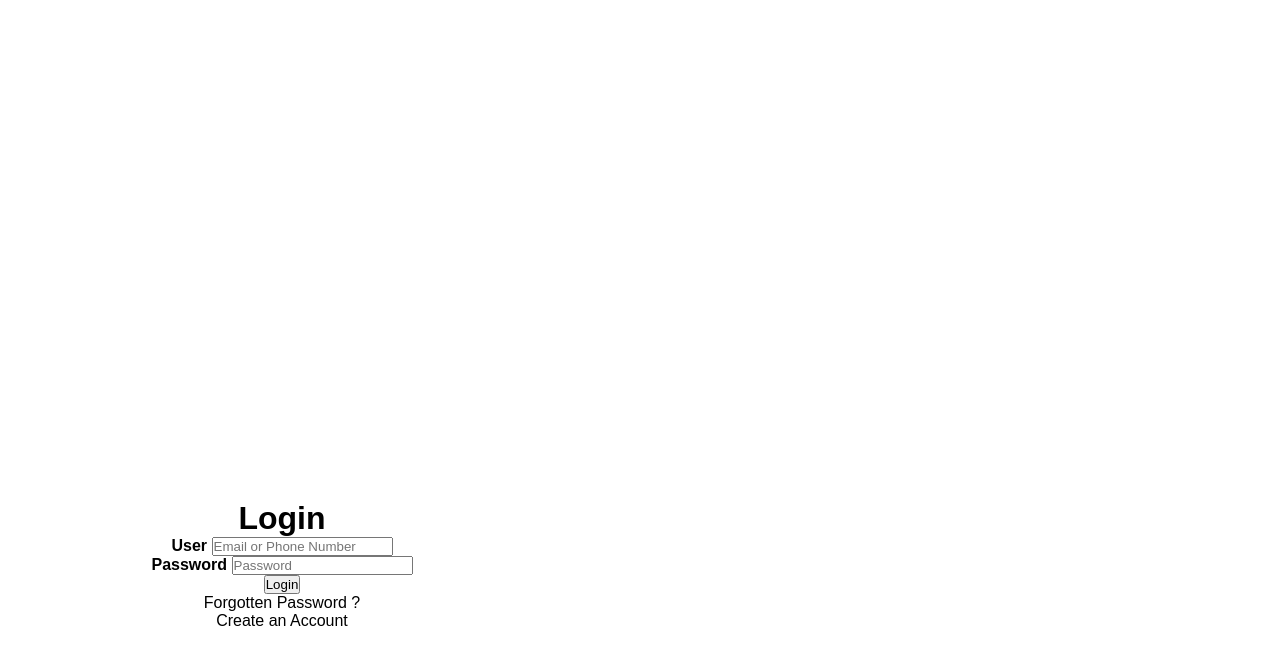
Repository: Naohonproject/web101x02_asm1
Page: login.html
These files come from the project's save history. The page is drawn as it stood at one moment and after the next save; the edit follows.
The browser window is 1280 px wide. The pictures show the whole page.

Above is the page before, as saved 2022-01-15 23:26:37.

### login.html
<!-- @format -->

<!DOCTYPE html>
<html lang="en">
	<head>
		<meta charset="UTF-8" />
		<meta http-equiv="X-UA-Compatible" content="IE=edge" />
		<meta name="viewport" content="width=device-width, initial-scale=1.0" />

		<link rel="stylesheet" href="./assets/css/style.css" />
		<link rel="stylesheet" href="./assets/css/responsive.css" />
		<title>login</title>
	</head>
	<body>
		<form class="form" id="form-login" action="" method="">
			<div class="form-wrapper">
				<div class="logo">
					<h1>Login</h1>
				</div>
				<div class="user-input">
					<label for="user-id"><strong>User</strong></label>
					<input
						type="text"
						id="user-id"
						required
						placeholder="Email or Phone Number"
					/>
				</div>

				<div class="user-input">
					<label for="user-pass"><strong>Password</strong></label>
					<input type="text" id="user-pass" required placeholder="Password" />
				</div>

				<div class="btn">
					<button type="button">Login</button>
				</div>

				<div class="forgotten">
					<a href="">Forgotten Password ?</a>
				</div>
				<div class="Create-acc">
					<a href="Signup.html" target="_blank">Create an Account</a>
				</div>
			</div>
		</form>
	</body>
</html>

### assets/css/style.css
/** @format */

/* common */

/* reset css */
* {
	box-sizing: border-box;
	padding: 0;
	margin: 0;
	text-decoration: none;
	color: #000;
}

/* row style */

/* collumn style */

/* Set text lineweight to Bold */
.bold-text {
	font-weight: 640;
}
.white-text {
	color: #fff !important;
}

.pull-left {
	float: left !important;
}

.pull-right {
	float: right !important;
}

.box-padding {
	padding: 40px 56px 30px;
}

.clear {
	clear: both;
}

/* specific */

html {
	font-family: Arial, Helvetica, sans-serif;
}

body {
	padding: 0 32px;
}
/* start styling header */
#header {
	height: 56px;
	width: 100%;
	background-color: #fff;
	background-clip: border-box;
	color: #000;
	font-size: 16px;
	text-transform: uppercase;
	font-weight: 500;
	position: fixed;
	top: 0;
	left: 0;
	z-index: 1;
	padding: 0 32px;
}

.header-wrapper {
	height: 100%;
	padding: 0 64px;
}

#header li:hover {
	background-color: #282830;
	cursor: pointer;
}
#header li:hover a {
	color: #fff;
}

#header li {
	display: inline-block;
	margin-left: 16px;
	line-height: 56px;
	padding: 0 16px;
}
/* end styling header */

/* start styling banner */
#banner {
	width: 100%;
	margin-top: 56px;
	padding-top: 39.123607%;
	background: url(../img/banner/banner.png) top center / cover no-repeat;
	background-origin: border-box;
	position: relative;
	top: 0;
	left: 0;
}

.banner-text-content {
	position: absolute;
	top: 160px;
	left: 56px;
}

#banner .content-heading,
.content-desc {
	font-family: "Times New Roman", Times, serif;
}

#banner .content-heading {
	font-size: 28px;
}

#banner .content-desc {
	font-size: 24px;
}
/* end styling banner */

/* start styling content */
#content {
	background-color: #e7e7e7;
	width: 100%;
	background-clip: border-box;
}

#content .content-heading h2,
p {
	padding: 4px 0;
}

#content .content-heading {
	margin-bottom: 20px;
}
#content img {
	display: block;
	width: 100%;
}

#content .image-block {
	float: left;
	width: calc(100% / 3);
	padding: 0 16px;
}

#content .content-images-table {
	margin-left: -16px;
	margin-right: -16px;
}

.image-block .first-img {
	margin-bottom: 40px;
}
/* end styling content */

/* start styling footer */
#footer {
	background-color: #ccc;
}

#footer .footer-block {
	float: left;
	max-width: calc(100% / 3);
	padding: 0 16px;
}

#footer .footer-wrapper {
	padding-bottom: 56px;
}

#footer h3,
p,
a {
	padding: 12px 0px;
}

#footer p {
	line-height: 24px;
}
#footer a {
	color: #1dabb8;
}
/* end styling footer */

/* start styling login.html */

.form-wrapper {
	width: 500px;
	margin: 0 auto;
	text-align: center;
	position: fixed;
	top: 500px;
}

Loaded but not shown: assets/css/responsive.css (no stored copy; drawn as an empty file)

After the next save:
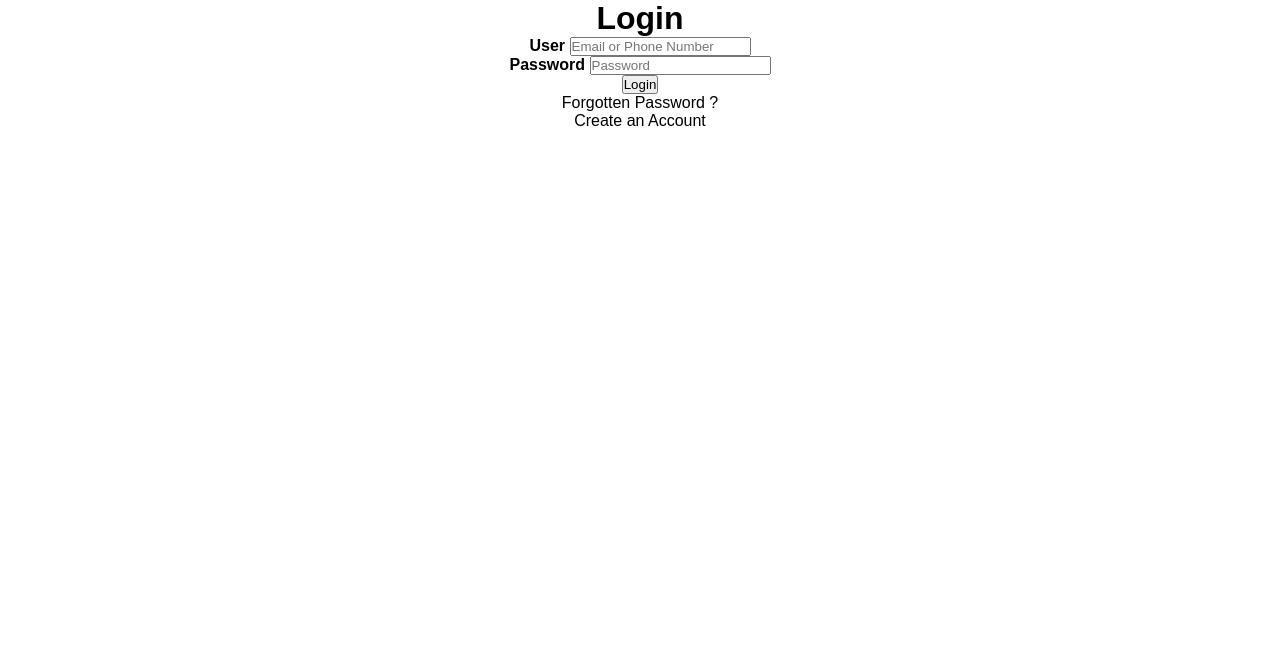
Saved 12 s later.
--- a/assets/css/style.css
+++ b/assets/css/style.css
@@ -189,6 +189,4 @@ a {
 	width: 500px;
 	margin: 0 auto;
 	text-align: center;
-	position: fixed;
-	top: 500px;
 }
